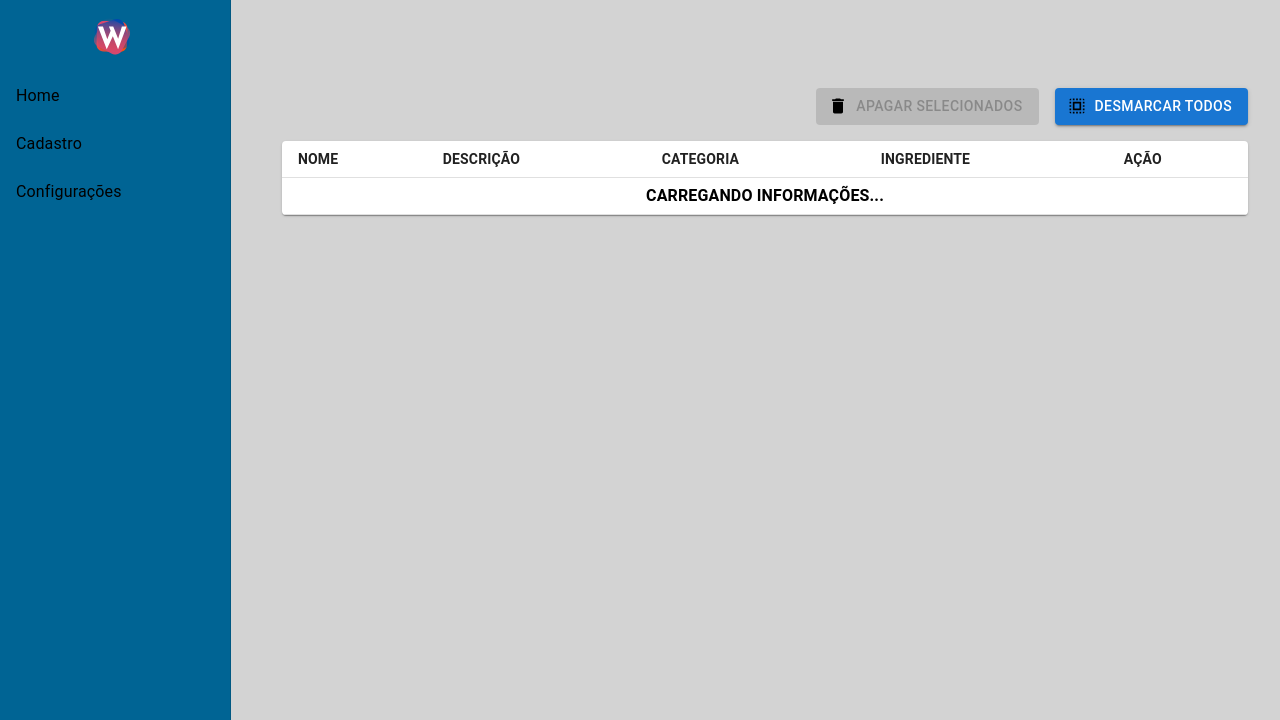
Repository: oZanella/projeto_windel_web_CRM
Page: /
An editor plug-in stored every save of this project. The page is shown before and after the next save, followed by the edit.
The browser window is 1280 px wide. The pictures show the whole page.
The page's requests for data from a server got no answer. The project was rebuilt for these pictures with package versions that can differ from the ones it lists, and the page was loaded fresh each time. No one was signed in, and anything a server would have sent is missing. Also part of the build but not shown: vite.config.js, src/routes/Configuracoes.jsx. Imported but missing from the stored project, and not drawn on this page: src/routes/Cadastro.jsx.

Above is the page before, as saved 2024-08-19 09:08:18.

### index.html
<!doctype html>
<html lang="en">

<head>
  <meta charset="UTF-8" />
  <link rel="icon" type="image/svg+xml" href="./src/image/LogoWindel.svg" />
  <link rel="stylesheet" href="src/style/GlobalStyles.css" />
  <link href="https://fonts.googleapis.com/css2?family=Playfair+Display&display=swap" rel="stylesheet">

  <meta name="viewport" content="width=device-width, initial-scale=1.0" />
  <title>Projeto Teste - CRM </title>
</head>

<body>
  <div id="root"></div>
  <script type="module" src="/src/main.jsx"></script>
</body>

</html>

### src/style/GlobalStyles.css
:root {
  --click: #7fa8c4;
  --primary: #E8F1F2;
  --darkblue: #13293D;
  --secondary: #000000;
  --ligthblue: #1b98e0;
  --animation: #006494;
  --ligthkgrey: #D3D3D3;
  --blueceledron: #247ba0;
  --delete: #FF0000;
}

* {
    color: var(--secondary);
}

body {
  background-color: var(--ligthkgrey);
}

### src/main.jsx
import { createBrowserRouter, RouterProvider, Navigate } from "react-router-dom"
import { createRoot } from 'react-dom/client'
import { StrictMode } from 'react'
import { App } from './App.jsx'

import './style/GlobalStyles.css'

//páginas do projeto
import { Cadastro } from './routes/Cadastro.jsx'
import { Home } from './routes/Home.jsx'
import { Configuracoes } from './routes/configuracoes.jsx'

const router = createBrowserRouter([
  {
    element: <App />,
    children: [
      {
        path: '/',
        element: <Navigate to="/home" replace />,
      },
      {
        path: '/home',
        element: <Home />,
      },
      {
        path: '/cadastro',
        element: <Cadastro />,
      },
      {
        path: '/configuracoes',
        element: <Configuracoes />,
      },
    ],
  },
])

createRoot(document.getElementById('root')).render(
  <StrictMode>
    <RouterProvider router={router} />
  </StrictMode>,
)

### src/App.jsx
import { Header } from './components/Header'
import { Outlet } from 'react-router-dom'
import { Box } from '@mui/material'
import './style/GlobalStyles.css'

export function App() {
  return (
    <Box sx={{ p: { xs: 2, sm: 3 }, marginTop: { xs: 8, sm: 8 } }}>
      <Header />
      <Box>
        <Outlet />
      </Box>
    </Box>
  );
}

### src/routes/Home.jsx
import React, { useEffect, useState } from 'react';
import { Box, TextField, Button, Dialog, DialogActions, DialogContent, DialogTitle, Select, MenuItem, FormControl, InputLabel } from '@mui/material';

import { handleShowDetails, handleEdit, handleSave, handleInputChange } from '../components/Handle';
import { CardDados } from '../components/TableHome';

import { blogFetch } from '../axios/config';


export const Home = () => {
  const [posts, setPosts] = useState([]);
  const [selectInfo, setSelectInfo] = useState(null);
  const [modeEdit, setModeEdit] = useState(null);
  const [dataEdit, setDataEdit] = useState({});
  const [openAddDialog, setOpenAddDialog] = useState(false);
  const [newPost, setNewPost] = useState({ name: '', description: '', category: '' });

  const getPosts = async () => {
    try {
      const response = await blogFetch.get("/recipe");
      const uniqueData = response.data.filter((value, index, self) =>
        index === self.findIndex((t) => t.id === value.id)
      );
      setPosts(uniqueData); // Garante que não tenha dados duplicados
    } catch (error) {
      console.log(error);
    }
  };

  useEffect(() => {
    getPosts();
  }, []);

  const handleDelete = async (postId) => {
    try {
      await blogFetch.delete(`/recipe/${postId}`);
      setPosts(posts.filter(post => post.id !== postId));
      console.log('Post deletado com sucesso');
    } catch (error) {
      console.error('Erro ao deletar o post', error);
    }
  };

  const handleAddOpen = () => setOpenAddDialog(true);
  const handleAddClose = () => setOpenAddDialog(false);

  {/* API para envio do novo registro*/ }
  const handleAdd = async () => {
    try {
      const newPostFormatted = {
        name: newPost.name,
        description: newPost.description,
        ingredients: [],
        category: newPost.category,
        isFavorite: newPost.isFavorite
      };

      const response = await blogFetch.post("/recipe", newPostFormatted);
      setPosts([...posts, response.data]);
      setNewPost({ name: '', description: '', category: '', isFavorite: false });
      handleAddClose();
      console.log('Post adicionado com sucesso');
    } catch (error) {
      console.error('Erro ao adicionar o post', error);
    }
  };

  return (
    <Box>
      {/* Dados para Adicionar Novo Registro */}
      <Dialog open={openAddDialog} onClose={handleAddClose}>
        <DialogTitle>Adicionar Novo Registro</DialogTitle>
        <DialogContent>
          <TextField
            name="name"
            label="Nome"
            value={newPost.name}
            onChange={(e) => setNewPost({ ...newPost, name: e.target.value })}
            fullWidth
            sx={{ marginBottom: 2 }}
          />
          <TextField
            name="description"
            label="Descrição"
            value={newPost.description}
            onChange={(e) => setNewPost({ ...newPost, description: e.target.value })}
            fullWidth
            sx={{ marginBottom: 2 }}
          />
          <TextField
            name="category"
            label="Categoria"
            value={newPost.category}
            onChange={(e) => setNewPost({ ...newPost, category: e.target.value })}
            fullWidth
            sx={{ marginBottom: 2 }}
          />
          <FormControl fullWidth sx={{ marginBottom: 2 }}>
            <InputLabel>Favorito</InputLabel>
            <Select
              name="isFavorite"
              value={newPost.isFavorite}
              onChange={(e) => setNewPost({ ...newPost, isFavorite: e.target.value })}
              label="Favorito"
            >
              <MenuItem value={true}>Sim</MenuItem>
              <MenuItem value={false}>Não</MenuItem>

            </Select>
          </FormControl>
        </DialogContent>
        <DialogActions>
          <Button onClick={handleAddClose}>Cancelar</Button>
          <Button onClick={handleAdd}>Adicionar</Button>
        </DialogActions>
      </Dialog>

      <CardDados
        posts={posts}
        handleDelete={handleDelete}
        handleEdit={handleEdit}
        handleSave={handleSave}
        modeEdit={modeEdit}
        setModeEdit={setModeEdit}
        dataEdit={dataEdit}
        setDataEdit={setDataEdit}
        handleInputChange={handleInputChange}
        selectInfo={selectInfo}
        setSelectInfo={setSelectInfo}
        handleShowDetails={handleShowDetails}
      />
    </Box>
  );
};

### src/components/Header.jsx
import { AppBar, Toolbar, Typography, Box, IconButton, Drawer, List, ListItem, ListItemText } from '@mui/material';
import MenuIcon from '@mui/icons-material/Menu';
import Logo from '../image/LogoWindel.svg';
import { Link } from 'react-router-dom';
import React, { useState } from 'react';

export const Header = () => {
  const [isDrawerOpen, setIsDrawerOpen] = useState(false);

  const toggleDrawer = (open) => () => {
    setIsDrawerOpen(open);
  };

  const menuItems = [
    { text: 'Home', link: '/home' },
    { text: 'Cadastro', link: '/cadastro' },
    { text: 'Configurações', link: '/configuracoes' },
  ];

  return (
    <>
      {/* xs AppBar */}
      <AppBar
        position="fixed"
        sx={{
          display: { xs: 'flex', sm: 'none' },
          width: '100%',
          boxShadow: '0px 0.01px 11px var(--secondary)',
          top: 0,
          left: 0,
          backgroundColor: 'var(--animation)',
        }}
      >
        <Toolbar
          sx={{
            display: 'flex',
            justifyContent: 'space-between',
          }}
        >
          <IconButton
            edge="start"
            color="inherit"
            aria-label="menu"
            onClick={toggleDrawer(true)}
          >
            <MenuIcon />
          </IconButton>
          <Typography variant="h6" sx={{ flexGrow: 1 }}>
            Cooking Cake
          </Typography>
          <IconButton
            to={`/home`}
            sx={{
              cursor: 'default',
            }}
            component={Link}
            aria-label="logo"
          >
            <img src={Logo} alt="Logo" style={{ width: '50px', height: '40px' }} />
          </IconButton>
        </Toolbar>
      </AppBar>

      {/* xs Drawer */}
      <Drawer
        anchor="left"
        open={isDrawerOpen}
        onClose={toggleDrawer(false)}
        sx={{
          display: { xs: 'block', sm: 'none' },
          '& .MuiDrawer-paper': {
            width: 240,
            backgroundColor: 'var(--darkblue)',
          },
        }}
      >
        <Box sx={{ padding: 2, display: 'flex', flexDirection: 'column', alignItems: 'center' }}>
          <IconButton
            to={`/home`}
            sx={{ cursor: 'default' }}
            component={Link}
            aria-label="logo"
          >
            <img src={Logo} alt="Logo" style={{ width: '80px', height: '60px' }} />
          </IconButton>
        </Box>
        <List>
          {menuItems.map((item) => (
            <ListItem key={item.text} component={Link} to={item.link} onClick={toggleDrawer(false)}>
              <ListItemText primary={item.text} />
            </ListItem>
          ))}
        </List>
      </Drawer>

      {/* sm Drawer */}
      <Drawer
        variant="permanent"
        sx={{
          display: { xs: 'none', sm: 'block' },
          '& .MuiDrawer-paper': {
            width: 230,
            backgroundColor: 'var(--animation)',
          },
        }}
        open
      >
        <Toolbar />


        <Box sx={{
          display: 'flex',
          flexDirection: 'column',
          alignItems: 'center',
          position: 'fixed',
          ml: 8,
          }}>
          <IconButton
            to={`/home`}
            sx={{ cursor: 'default' }}
            component={Link}
            aria-label="logo"
          >
            <img src={Logo} alt="Logo" style={{ width: '80px', height: '60px' }} />
          </IconButton>
        </Box>

        <Box sx={{ overflow: 'auto' }}>
          <List>
            {menuItems.map((item) => (
              <ListItem key={item.text} component={Link} to={item.link}>
                <ListItemText primary={item.text} />
              </ListItem>
            ))}
          </List>
        </Box>
      </Drawer>
    </>
  );
};

### src/components/Handle.jsx

import { blogFetch } from '../axios/config';


export const handleShowDetails = (post, setSelectInfo, selectInfo) => {
  if (selectInfo?.id === post.id) {
    setSelectInfo(null); // Fecha se já estiver aberto
  } else {
    setSelectInfo(post); // Abre o post atual
  }
};

export const handleEdit = (post, setModeEdit, setDataEdit) => {
  setModeEdit(post.id);
  setDataEdit(post);
};

//continua com erro, verificar!!
export const handleSave = async (postId, updateData) => {
  try {
    // Envie uma requisição PUT ou POST para salvar os dados atualizados
    const response = await blogFetch.put(`/blogFetch/posts/${postId}`, updateData);
    console.log('Dados salvos com sucesso', response.data);

  } catch (error) {
    console.error('Erro de API', error);
  }
};

export const handleInputChange = (e, setDataEdit) => {
  setDataEdit(prevDataEdit => ({ ...prevDataEdit, [e.target.name]: e.target.value }));
};

### src/axios/config.jsx
// src/axios/config.js
import axios from 'axios';

export const blogFetch = axios.create({
  baseURL: 'https://teste-tecnico-front-api.up.railway.app',
  headers: {
    'Content-Type': 'application/json',
  },
});

Loaded but not shown: src/components/TableHome.jsx (294 lines, source omitted)

After the next save:
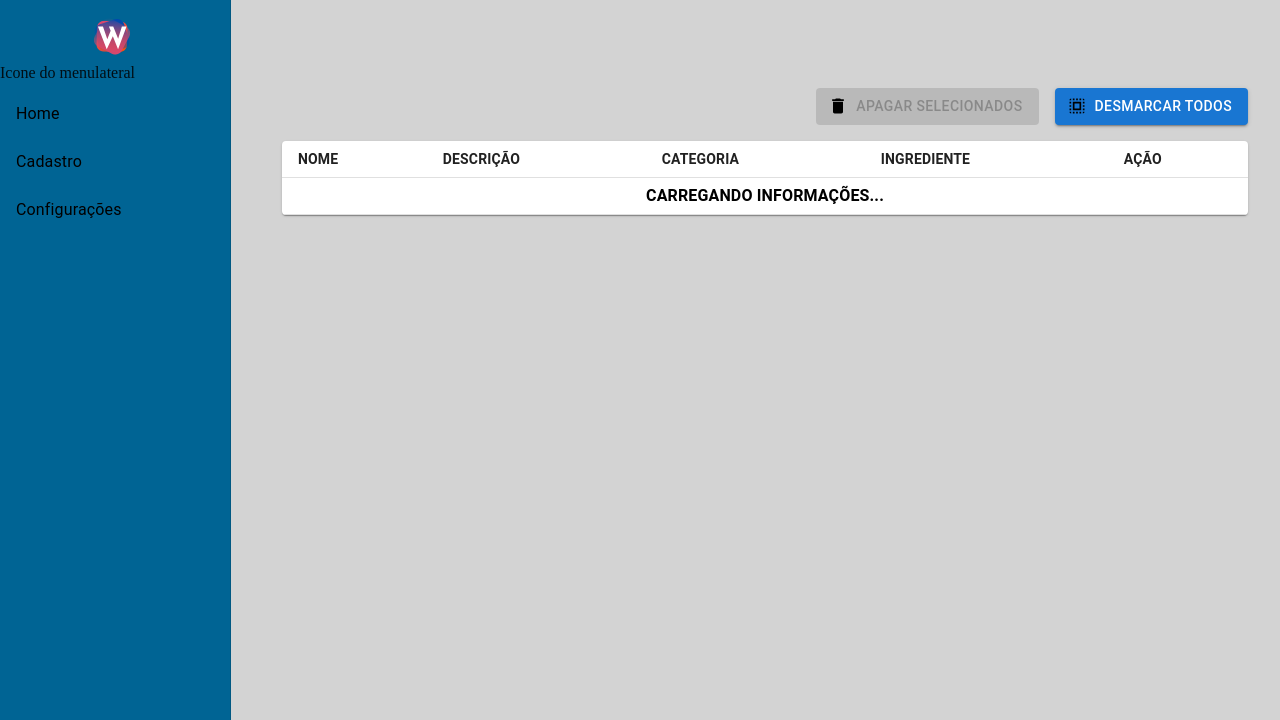
Saved 10 s later.
--- a/src/components/Header.jsx
+++ b/src/components/Header.jsx
@@ -107,7 +107,7 @@
       >
         <Toolbar />
 
-
+        Icone do menulateral
         <Box sx={{
           display: 'flex',
           flexDirection: 'column',

After the save that followed:
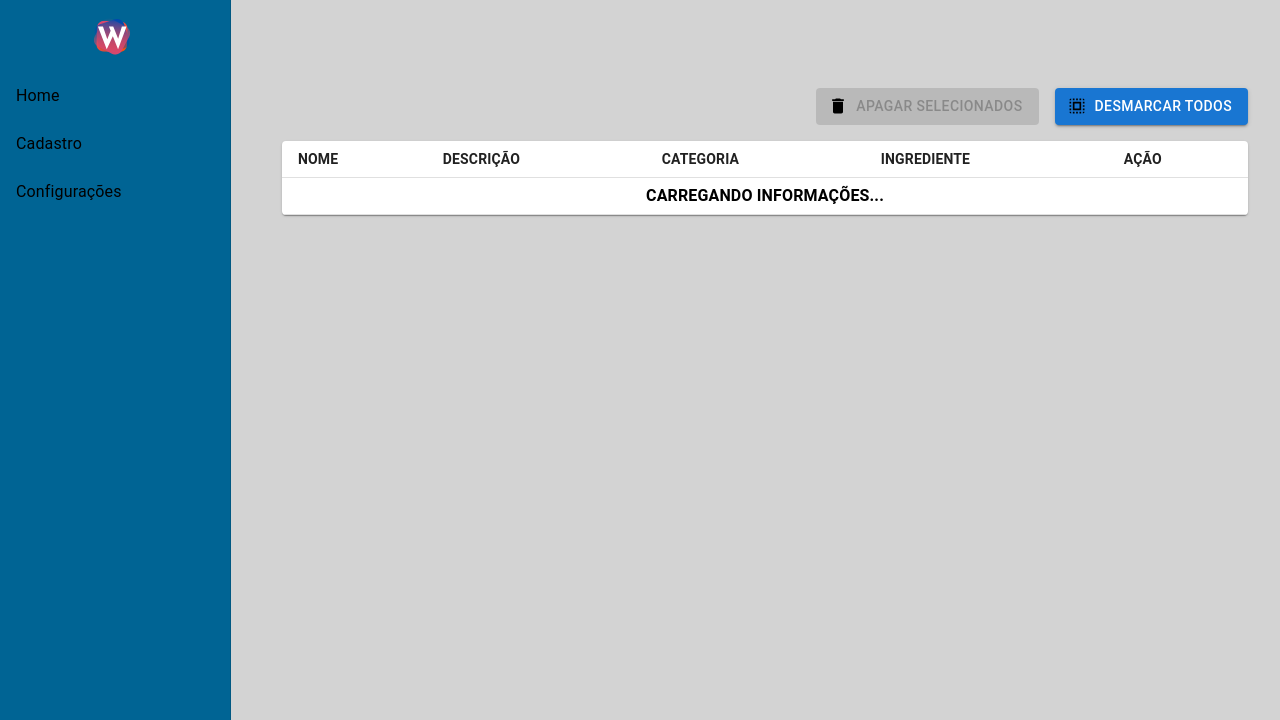
Saved 16 s later.
--- a/src/components/Header.jsx
+++ b/src/components/Header.jsx
@@ -107,7 +107,7 @@
       >
         <Toolbar />
 
-        Icone do menulateral
+        {/* Icone do menulateral */}
         <Box sx={{
           display: 'flex',
           flexDirection: 'column',
